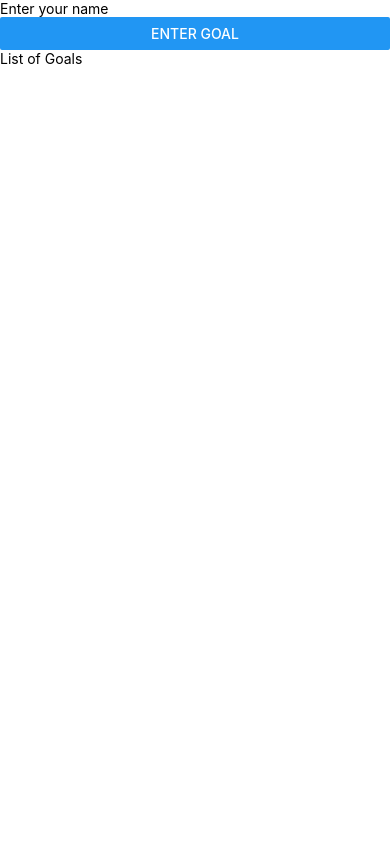
Repository: thezaidbintariq/RNCourse
Screen: /
An editor plug-in stored every save of this project. The screen is shown before and after a run of saves, followed by the edit.
The app was drawn by React Native's web renderer in a window 390 px wide. The project was rebuilt for these pictures with package versions that can differ from the ones it lists, and the page was loaded fresh each time.

Above is the screen before, as saved 2022-08-09 14:21:09.

### App.js
import { Button, StyleSheet, Text, TextInput, View } from 'react-native';

export default function App() {
  return (
    <View style={styles.appContainer}>
      <View>
        <TextInput style={styles.input} placeholder="Enter your name" />
        <Button title="Enter Goal" />
      </View>
      <View>
        <Text>List of Goals</Text>
      </View>
    </View>
  );
}

const styles = StyleSheet.create({
  appContainer : {
    flex : 1,
  }
}
);

After the next 3 saves:
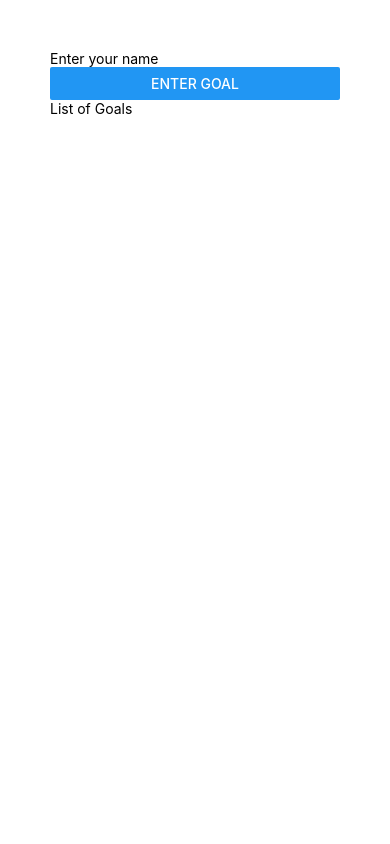
The 3 saves are shown as one change because they came seconds apart.
The last was saved 14 s later.
--- a/App.js
+++ b/App.js
@@ -16,7 +16,7 @@ export default function App() {
 
 const styles = StyleSheet.create({
   appContainer : {
-    flex : 1,
+   padding: 50
   }
 }
 );
